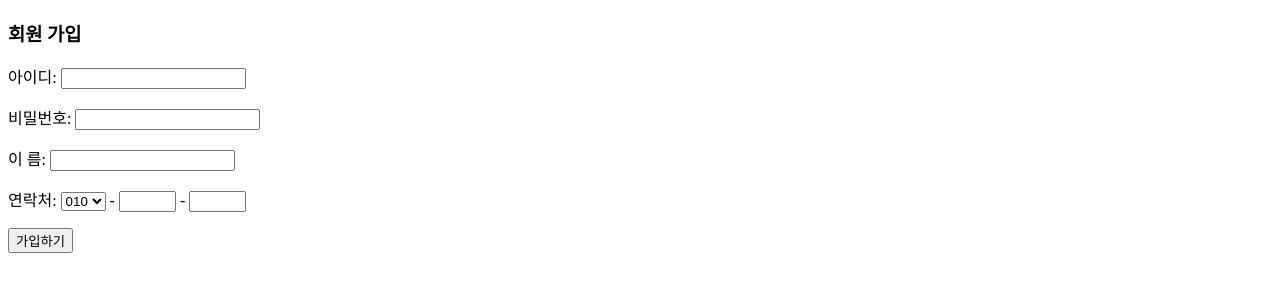
Repository: kiyongee2/kh-jsp
Page: http://localhost/jwbook/validation/regex3.jsp
The author's editor kept a copy of each file at every save. The page is drawn from the files as they stood at one save, then again after the next save.
The browser window is 1280 px wide. The pictures show the whole page.
The page is served by Tomcat 9. Other server files are loaded and not shown.

Above is the page before, as saved 2023-11-23 22:27:43.

### jwbook/src/main/webapp/validation/regex3.jsp
<%@ page language="java" contentType="text/html; charset=UTF-8"
    pageEncoding="UTF-8"%>
<!DOCTYPE html>
<html>
<head>
<meta charset="UTF-8">
<title>Insert title here</title>
<style>
	ul li{list-style: none; margin: 10px;}
</style>
<script type="text/javascript">
	function checkMember(){
		//변수 선언
		let form = document.member;
		let id = form.id.value;
		let pw = form.passwd.value;
		let name = form.name.value;
		let phone = form.phone1.value + "-" + form.phone2.value
		            + "-" + form.phone3.value;

		//정규 표현식 선언
		let regExpId = /[a-zA-Z가-힣]/;  //문자로 시작함(한글자)
		let regExpPasswd = /[0-9]+/;   //숫자 1자이상
		let regExpName = /[가-힣]+/     //한글 1자 이상
		let regExpPhone = /\d{3}-\d{3,4}-\d{4}/  //전화번호

		//유효성 검사
		if(!regExpId.test(id)){
			alert("아이디는 문자로 시작해주세요");
			form.id.select();
			return false;
		}
		if(pw == "" || !regExpPasswd.test(pw)){
			alert("비밀번호는 숫자만 입력해주세요");
			form.passwd.select();
			return false;
		}
		if(name == "" || !regExpName.test(name)){
			alert("이름은 한글만 입력해주세요");
			form.name.select();
			return false;
		}
		if(!regExpPhone.test(phone)){
			alert("연락처 입력을 확인해주세요");
			form.phone.select();
			return false;
		}
		form.submit();
	}
</script>
</head>
<body>
	<h3>회원 가입</h3>
	<form action="validation_process.jsp" method="post" name="member">
		<p>아이디: <input type="text" name="id">
		<p>비밀번호: <input type="password" name="passwd">
		<p>이 름: <input type="text" name="name">
		<p>연락처: <select name="phone1">
				   <option value="010">010</option>
				   <option value="02">02</option>
				   <option value="031">031</option>
				   <option value="041">041</option>
				 </select>
				 - <input type="text" maxlength="4" size=4 name="phone2">
				 - <input type="text" maxlength="4" size=4 name="phone3">
		<p><button type="button" onclick="checkMember()">가입하기</button>
	</form>
</body>
</html>

After the next save:
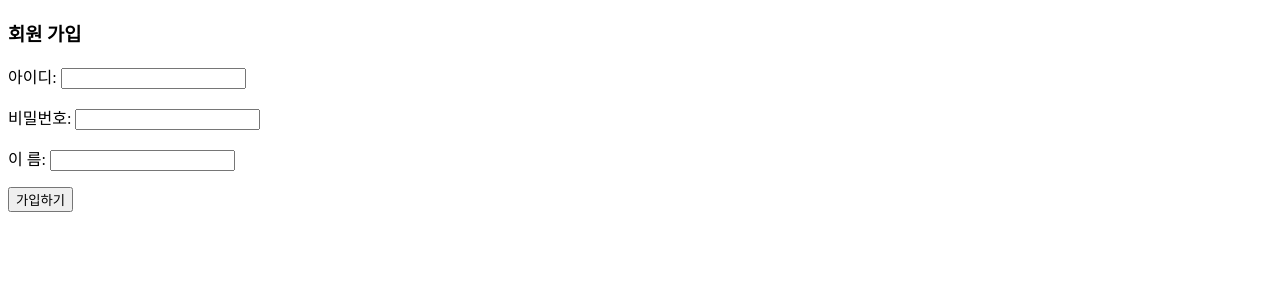
Saved 36 s later.
--- a/jwbook/src/main/webapp/validation/regex3.jsp
+++ b/jwbook/src/main/webapp/validation/regex3.jsp
@@ -55,14 +55,6 @@
 		<p>아이디: <input type="text" name="id">
 		<p>비밀번호: <input type="password" name="passwd">
 		<p>이 름: <input type="text" name="name">
-		<p>연락처: <select name="phone1">
-				   <option value="010">010</option>
-				   <option value="02">02</option>
-				   <option value="031">031</option>
-				   <option value="041">041</option>
-				 </select>
-				 - <input type="text" maxlength="4" size=4 name="phone2">
-				 - <input type="text" maxlength="4" size=4 name="phone3">
 		<p><button type="button" onclick="checkMember()">가입하기</button>
 	</form>
 </body>
